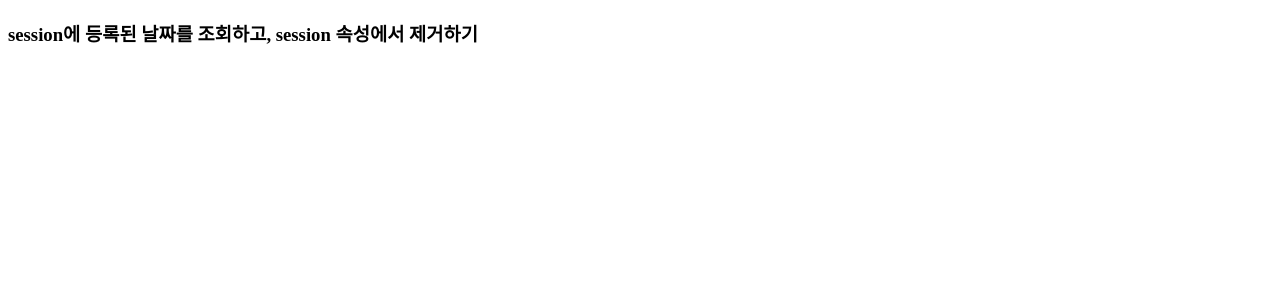
Repository: WONDongin/GoodeeAcademy_JAVA
Page: http://localhost/jspStudy/ex07_session/ex02_exam2.jsp
An editor plug-in stored every save of this project. The page is shown before and after the next save, followed by the edit.
The browser window is 1280 px wide. The pictures show the whole page.
The page is served by Tomcat 9.

Above is the page before, as saved 2025-04-02 06:34:34.

### jsp_study/jspStudy/src/main/webapp/ex07_session/ex02_exam2.jsp
<%@ page language="java" contentType="text/html; charset=UTF-8"
    pageEncoding="UTF-8"%>
<!DOCTYPE html>
<html>
<head>
	<meta charset="UTF-8">
	<title>Insert title here</title>
	</head>
	<body>
		<h3>session에 등록된 날짜를 조회하고, session 속성에서 제거하기</h3>
		<%

		%>
	</body>
</html>

After the next save:
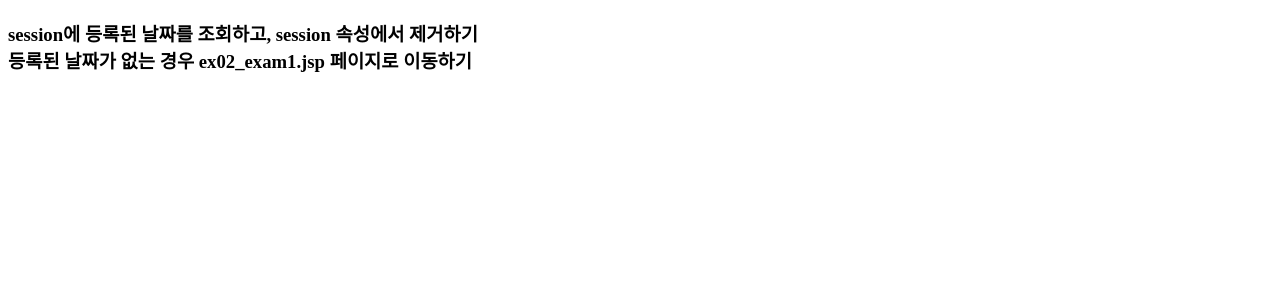
Saved 37 s later.
--- a/jsp_study/jspStudy/src/main/webapp/ex07_session/ex02_exam2.jsp
+++ b/jsp_study/jspStudy/src/main/webapp/ex07_session/ex02_exam2.jsp
@@ -7,7 +7,11 @@
 	<title>Insert title here</title>
 	</head>
 	<body>
-		<h3>session에 등록된 날짜를 조회하고, session 속성에서 제거하기</h3>
+		<h3>
+		session에 등록된 날짜를 조회하고,
+		session 속성에서 제거하기 <br/>
+		등록된 날짜가 없는 경우 ex02_exam1.jsp 페이지로 이동하기
+		</h3>
 		<%
 
 		%>
